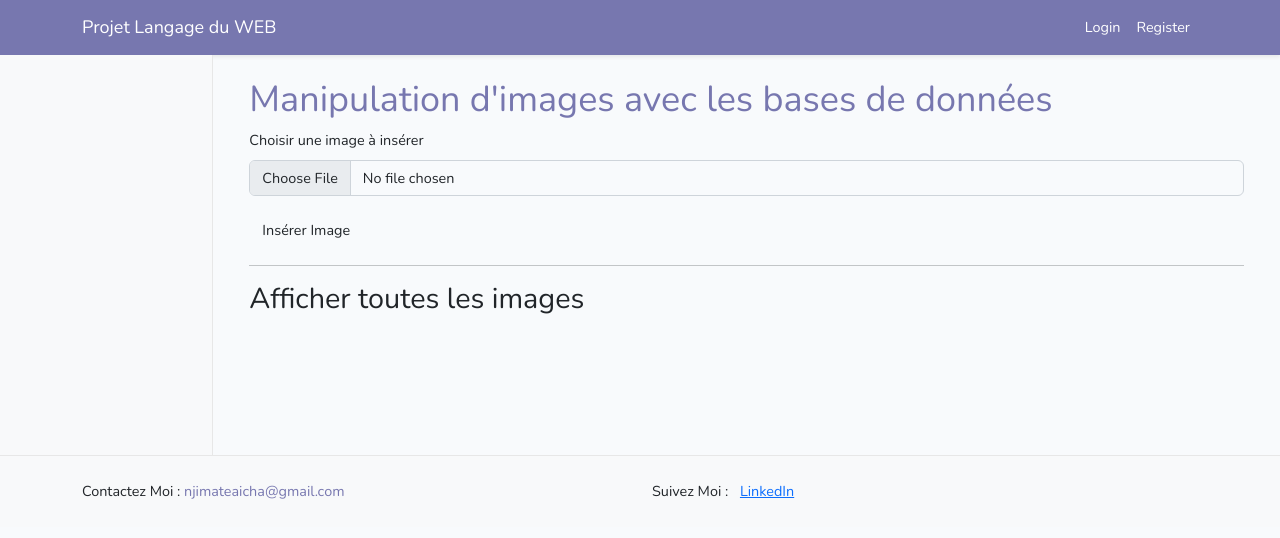
Repository: NjimateAicha/LaravelWeb
Page: http://localhost/image/create
An editor plug-in stored every save of this project. The page is shown before and after the next save, followed by the edit.
The browser window is 1280 px wide. The pictures show the whole page.
Some web libraries are served in a nearby version. The page is served by the project's Laravel application, run on PHP 8.4 with Laravel 9. Other server files are loaded and not shown. Style sheets and scripts are compiled from the project's sources, by tool versions that may differ from the author's. Queries for data that is not in the repository find no rows.

Above is the page before, as saved 2024-05-19 17:43:23.

### routes/web.php
<?php

use App\Http\Controllers\AproposDeMoiController;
use App\Http\Controllers\ChartsController;
use App\Http\Controllers\EtudiantController;
use App\Http\Controllers\formulairesController;
use App\Http\Controllers\ImageController;
use App\Http\Controllers\JsController;
use App\Http\Controllers\MapController;
use App\Http\Controllers\MatriceController;
use App\Http\Controllers\PhpController;
use App\Http\Controllers\ProjetController;
use App\Http\Controllers\QuizController;
use Illuminate\Support\Facades\Auth;
use Illuminate\Support\Facades\Route;

/*
|--------------------------------------------------------------------------
| Web Routes
|--------------------------------------------------------------------------
|
| Here is where you can register web routes for your application. These
| routes are loaded by the RouteServiceProvider within a group which
| contains the "web" middleware group. Now create something great!
|
*/

Route::get('/', function () {
    return view('auth.login');
});


Auth::routes();

Route::get('/home', [App\Http\Controllers\HomeController::class, 'index'])->name('home');

Route::get('/projets', [ProjetController::class, 'index'])->name('projets.index');
Route::get('/aproposDeMoi', [AproposDeMoiController::class, 'index'])->name('aProposDeMoi.index');


/* CRUD Student */
Route::resource('/etudiant' ,EtudiantController::class );
/* CRUD image */
Route::resource('/image' ,ImageController::class );
/* CRUD Maps */
Route::resource('/map' ,MapController::class );
/* CRUD Charts */
Route::resource('/charts' ,ChartsController::class );
/* Matrice */
Route::resource('/matrice' ,MatriceController::class );
/* quiz */
Route::resource('/Quiz' ,QuizController::class );
Route::get('/quiz/javascript', [QuizController::class, 'javascriptQuiz'])->name('quiz.javascript');
Route::post('/quiz/calculateJS', [QuizController::class, 'calculateScoreJS'])->name('quiz.calculateJS');
Route::get('/quiz/php', [QuizController::class, 'phpQuiz'])->name('quiz.php');
Route::post('/quiz/calculatePHP', [QuizController::class, 'calculateScorePHP'])->name('quiz.calculatePHP');

### app/Http/Controllers/ImageController.php
<?php

namespace App\Http\Controllers;

use App\Models\Image;
use Illuminate\Http\Request;
use Illuminate\Support\Facades\Storage;

class ImageController extends Controller
{
    /**
     * Display a listing of the resource.
     *
     * @return \Illuminate\Http\Response
     */
    public function index()
    {

    }

    /**
     * Show the form for creating a new resource.
     *
     * @return \Illuminate\Http\Response
     */
    public function create()
{
    $images = Image::all();
    return view('image.create', compact('images'));
}

    /**
     * Store a newly created resource in storage.
     *
     * @param  \Illuminate\Http\Request  $request
     * @return \Illuminate\Http\Response
     */
    public function store(Request $request)
{
    $request->validate([
        'image_file' => 'required|image|mimes:jpeg,png,jpg,gif|max:2048', // Valider les images avec les extensions jpeg, png, jpg, gif et une taille maximale de 2 Mo
    ]);

    $size = $request->file('image_file')->getSize();
    $name = $request->file('image_file')->getClientOriginalName();
    $type = $request->file('image_file')->getClientOriginalExtension();
    $bin_img = file_get_contents($request->file('image_file')->getRealPath());

    $image = Image::create([
        'nom' => $name,
        'type' => $type,
        'size' => $size,
        'bin_img' => $bin_img,
    ]);

    $request->file('image_file')->storeAs('public/images/', $name);



    // Redirection avec un message de succès
    return redirect()->route('image.create')->with('success', 'image est enregistré avec succès.');

}


    /**
     * Display the specified resource.
     *
     * @param  \App\Models\Image  $image
     * @return \Illuminate\Http\Response
     */
    public function show(Image $image)
    {
        //
    }

    /**
     * Show the form for editing the specified resource.
     *
     * @param  \App\Models\Image  $image
     * @return \Illuminate\Http\Response
     */
    public function edit(Image $image)
    {
        //
    }

    /**
     * Update the specified resource in storage.
     *
     * @param  \Illuminate\Http\Request  $request
     * @param  \App\Models\Image  $image
     * @return \Illuminate\Http\Response
     */
    public function update(Request $request, Image $image)
    {
        //
    }

    /**
     * Remove the specified resource from storage.
     *
     * @param  \App\Models\Image  $image
     * @return \Illuminate\Http\Response
     */
    public function destroy(Image $image)
{
    // Supprimer l'image de la base de données
    $image->delete();

    // Supprimer le fichier image du stockage
    Storage::delete('public/images/' . $image->nom);

    return redirect()->back()->with('success', 'Image supprimée avec succès');
}

}

### app/Models/Image.php
<?php

namespace App\Models;

use Illuminate\Database\Eloquent\Factories\HasFactory;
use Illuminate\Database\Eloquent\Model;

class Image extends Model
{
    use HasFactory;
    protected $fillable = ['nom', 'type', 'size', 'bin_img'];
}

### resources/views/image/create.blade.php
@extends('layouts.app')
@section('content')
<style>
    h1{
        color: #7777af;
    }
    .custom-btn {
        color: #fff;
        background-color: #7777af;
        border: none;
    }

    .custom-btn:hover {
        background-color: #555577;
    }
    .card-title{
        color: #7777af;
    }
</style>

@if ($errors->any())
    <div class="alert alert-danger">
        <ul>
            @foreach ($errors->all() as $error)
                <li>{{ $error }}</li>
            @endforeach
        </ul>
    </div>
@endif

    <div class="container">
        <br>
        <h1>Manipulation d'images avec les bases de données</h1>

        <form action="{{ route('image.store') }}" method="post" enctype="multipart/form-data">
            @csrf
            <div class="mb-3">
                <label for="image_file" class="form-label">Choisir une image à insérer</label>
                <input type="file" class="form-control" name="image_file" required>
            </div>
            <button type="submit" class="btn cus">Insérer Image</button>
        </form>

        <hr>

        <h2>Afficher toutes les images</h2>

        <div class="row">
            @foreach ($images as $ph)
                <div class="col-md-4 mb-4">
                    <div class="card">
                        <div class="card-body">
                            <h5 class="card-title">{{ $ph->nom }}</h5>
                            <img src="{{ asset('storage/images/' . $ph->nom) }}" class="card-img-top img-thumbnail" alt="{{ $ph->nom }}">
                            <div class="mt-2 d-flex">
                                <form action="{{ route('image.destroy', $ph->id) }}" method="POST">
                                    @csrf
                                    @method('DELETE')
                                    <button type="submit" class="btn btn-sm btn-danger" onclick="return confirm('Êtes-vous sûr de vouloir supprimer la photo ?')">Supprimer</button>
                                </form>
                            </div>
                        </div>
                    </div>
                </div>
            @endforeach
        </div>



    </div>
@endsection

### resources/views/layouts/app.blade.php
<!doctype html>
<html lang="{{ str_replace('_', '-', app()->getLocale()) }}">

<head>
    <meta charset="utf-8">
    <meta name="viewport" content="width=device-width, initial-scale=1">

    <!-- CSRF Token -->
    <meta name="csrf-token" content="{{ csrf_token() }}">

    <title>{{ config('app.name', 'Aicha\'s Portfolio') }}</title>

    <!-- Fonts -->
    <link rel="dns-prefetch" href="//fonts.bunny.net">
    <link href="https://fonts.bunny.net/css?family=Nunito" rel="stylesheet">

    <!-- Styles -->
    <link rel="stylesheet" href="https://maxcdn.bootstrapcdn.com/bootstrap/4.5.2/css/bootstrap.min.css">
    <style>

        body {
            font-family: 'Nunito', sans-serif;
        }
        .navbar {
            background-color: #7777af;
        }
        .navbar-brand, .navbar-nav .nav-link {
            color: white !important;
        }
        .sidebar {
            background-color: #f8f9fa;
            border-right: 1px solid #e7e7e7;
        }
        .sidebar .nav-link {
            color: #7777af;
        }
        .sidebar .nav-link:hover {
            color: #7777af;
        }
        .font-weight-bold {
            font-weight: bold !important;
        }
        footer {
            background-color: #f8f9fa;
            border-top: 1px solid #e7e7e7;
            padding: 10px 0;
        }
        footer p {
            margin: 0;
        }
    </style>
    <!-- Scripts -->
    @vite(['resources/sass/app.scss', 'resources/js/app.js'])
</head>

<body>
    <div id="app">
        <nav class="navbar navbar-expand-md navbar-light shadow-sm">
            <div class="container">
                <a class="navbar-brand" href="{{ url('/') }}">
                    Projet Langage du WEB
                </a>
                <button class="navbar-toggler" type="button" data-toggle="collapse" data-target="#navbarSupportedContent" aria-controls="navbarSupportedContent" aria-expanded="false" aria-label="{{ __('Toggle navigation') }}">
                    <span class="navbar-toggler-icon"></span>
                </button>

                <div class="collapse navbar-collapse" id="navbarSupportedContent">
                    <!-- Left Side Of Navbar -->
                    <ul class="navbar-nav me-auto"></ul>

                    <!-- Right Side Of Navbar -->
                    <ul class="navbar-nav ms-auto">
                        <!-- Authentication Links -->
                        @guest
                            @if (Route::has('login'))
                                <li class="nav-item">
                                    <a class="nav-link" href="{{ route('login') }}">{{ __('Login') }}</a>
                                </li>
                            @endif

                            @if (Route::has('register'))
                                <li class="nav-item">
                                    <a class="nav-link" href="{{ route('register') }}">{{ __('Register') }}</a>
                                </li>
                            @endif
                        @else
                            <li class="nav-item dropdown">
                                <a id="navbarDropdown" class="nav-link dropdown-toggle" href="#" role="button" data-toggle="dropdown" aria-haspopup="true" aria-expanded="false" v-pre>
                                    {{ Auth::user()->name }}
                                </a>

                                <div class="dropdown-menu dropdown-menu-right" aria-labelledby="navbarDropdown">
                                    <a class="dropdown-item" href="{{ route('logout') }}"
                                       onclick="event.preventDefault();
                                                     document.getElementById('logout-form').submit();">
                                        {{ __('Logout') }}
                                    </a>

                                    <form id="logout-form" action="{{ route('logout') }}" method="POST" class="d-none">
                                        @csrf
                                    </form>
                                </div>
                            </li>
                        @endguest
                    </ul>
                </div>
            </div>
        </nav>

        <div class="container-fluid">
            <div class="row">
                <nav class="col-md-2 d-none d-md-block sidebar">
                    <div class="position-sticky pt-3" style="height: 400px">
                        <ul class="nav flex-column">
                            @auth
                                <li class="nav-item">
                                    <a class="nav-link active font-weight-bold" aria-current="page" href="{{ route('aProposDeMoi.index') }}">À propos de moi</a>
                                </li>
                                <li class="nav-item">
                                    <a class="nav-link font-weight-bold" href="{{ route('projets.index') }}">Mes Projets</a>
                                </li>
                            @endauth
                        </ul>
                    </div>
                </nav>
                <main class="col-md-9 ms-sm-auto col-lg-10 px-md-4">
                    @yield('content')
                </main>
            </div>
        </div>

        <footer class="bg-light py-4">
            <div class="container">
                <div class="row justify-content-between">
                    <div class="col-md-6">
                        <p class="d-inline">Contactez Moi : <span style="color: #7777af;">njimateaicha@gmail.com</span></p>
                    </div>
                    <div class="col-md-6">
                        <p class="d-inline-block me-2 mb-0">Suivez Moi :</p>
                        <a href="https://www.linkedin.com/" class="text-blue-500 hover:text-7777af-700 d-inline-block" target="_blank">LinkedIn</a>
                    </div>
                </div>
            </div>
        </footer>
    </div>

    <!-- Bootstrap JS and dependencies -->
    <script src="https://code.jquery.com/jquery-3.5.1.slim.min.js"></script>
    <script src="https://cdn.jsdelivr.net/npm/@popperjs/core@2.5.4/dist/umd/popper.min.js"></script>
    <script src="https://maxcdn.bootstrapcdn.com/bootstrap/4.5.2/js/bootstrap.min.js"></script>
</body>

</html>

Loaded but not shown: app/Http/Controllers/Auth/ConfirmPasswordController.php (common file); app/Http/Controllers/Controller.php (common file); resources/sass/app.scss (common file); resources/sass/_variables.scss (common file)

After the next save:
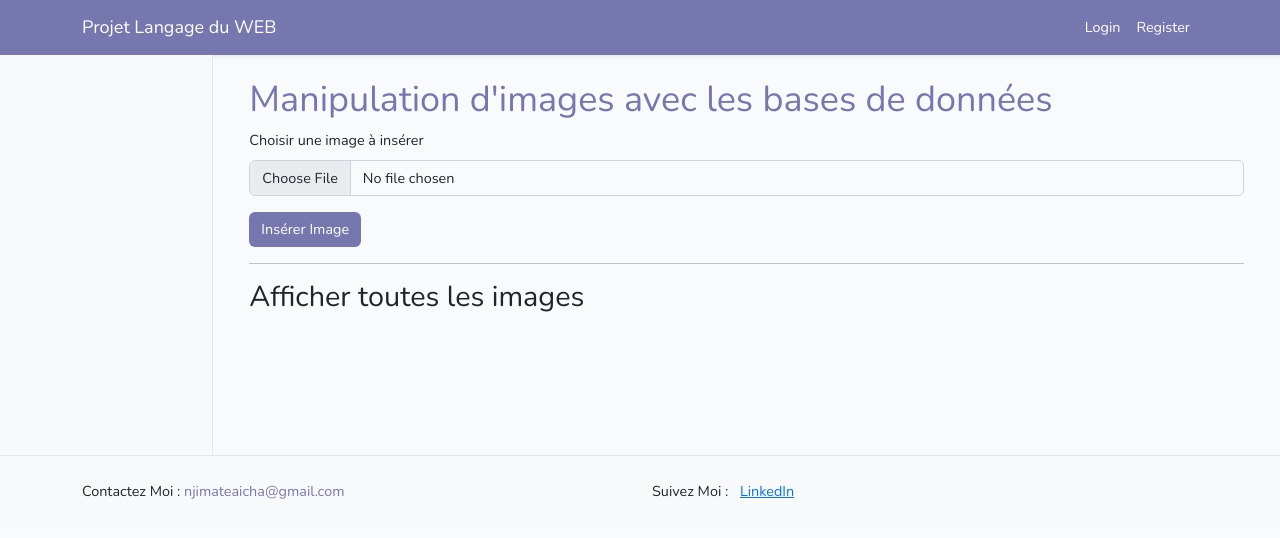
Saved 28 s later.
--- a/resources/views/image/create.blade.php
+++ b/resources/views/image/create.blade.php
@@ -38,7 +38,7 @@
                 <label for="image_file" class="form-label">Choisir une image à insérer</label>
                 <input type="file" class="form-control" name="image_file" required>
             </div>
-            <button type="submit" class="btn cus">Insérer Image</button>
+            <button type="submit" class="btn  custom-btn  cus">Insérer Image</button>
         </form>
 
         <hr>
